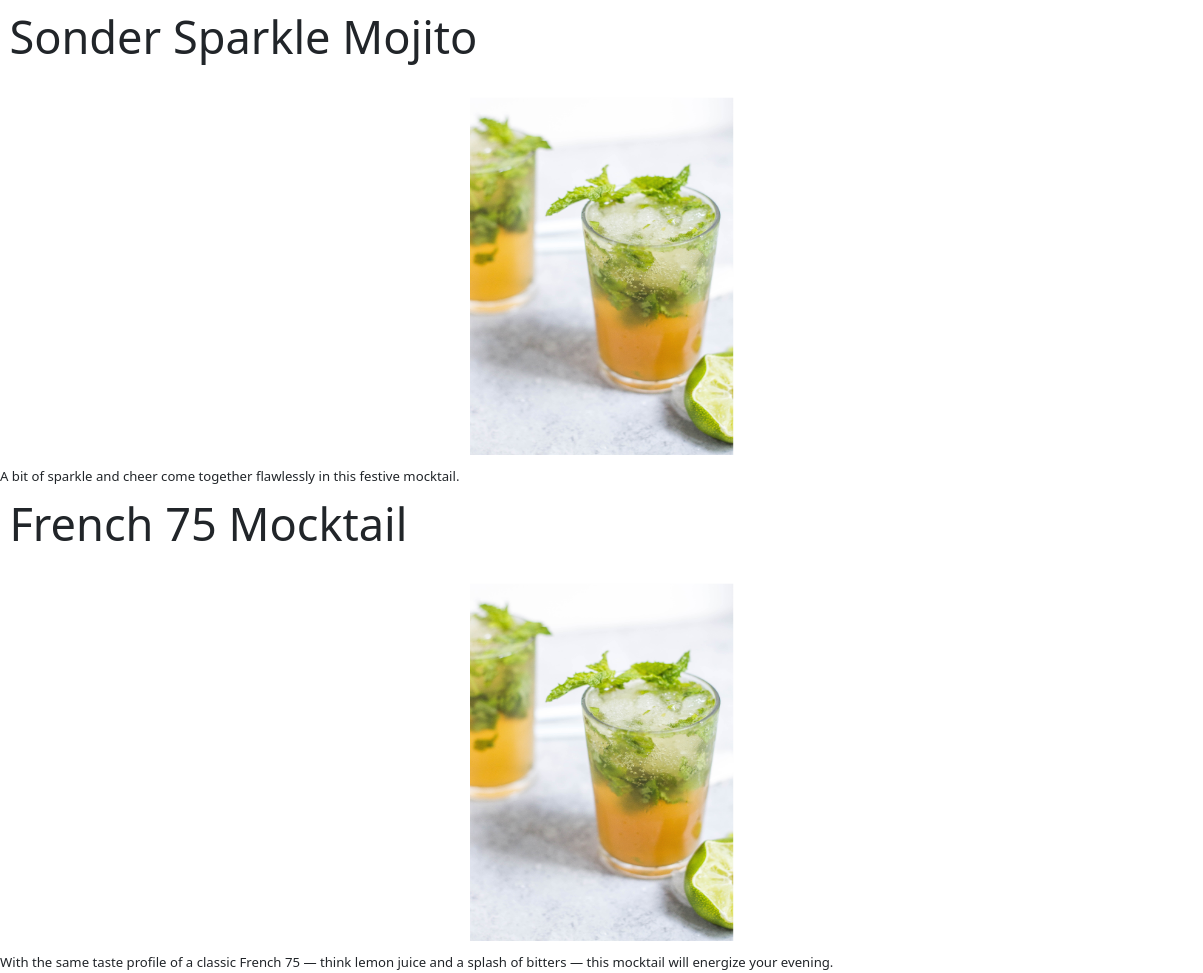
Repository: Flatbook/sliced_bread
Page: http://localhost/
These files come from the project's save history. The page is drawn as it stood at one moment and after the next save; the edit follows.
The browser window is 1280 px wide. The pictures show the whole page, at 94% of full size.
Some web libraries are served in a nearby version. The page is served by the project's application, run on Flask 3 (app.py).

Above is the page before, as saved 2021-05-15 23:28:36.

After the next save:
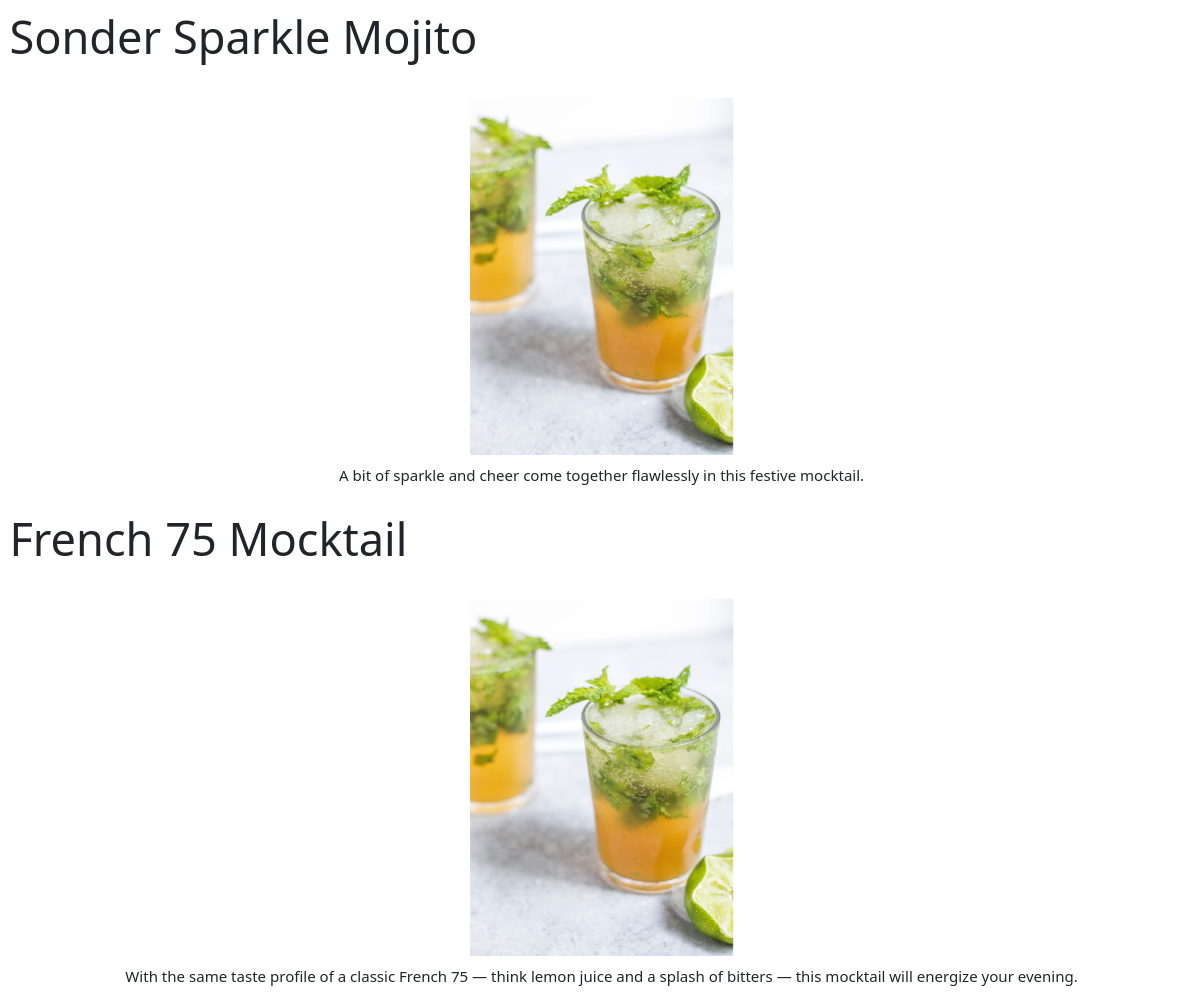
Saved 55 s later.
--- a/flask_project/templates/home.html
+++ b/flask_project/templates/home.html
@@ -4,6 +4,6 @@
         <p class="display-5" style="padding: 10px 10px">{{drink.title}}</p>
         <img src="{{ user_image }}" width="300" height="400" class="mx-auto d-block" style="padding: 10px 10px"/>
 
-        <small style="text-align:center" style="font-size: 1.5rem"  >{{drink.description}}</small>
+        <p style="text-align: center">{{drink.description}}</p>
     {% endfor %}
 {% endblock %}
